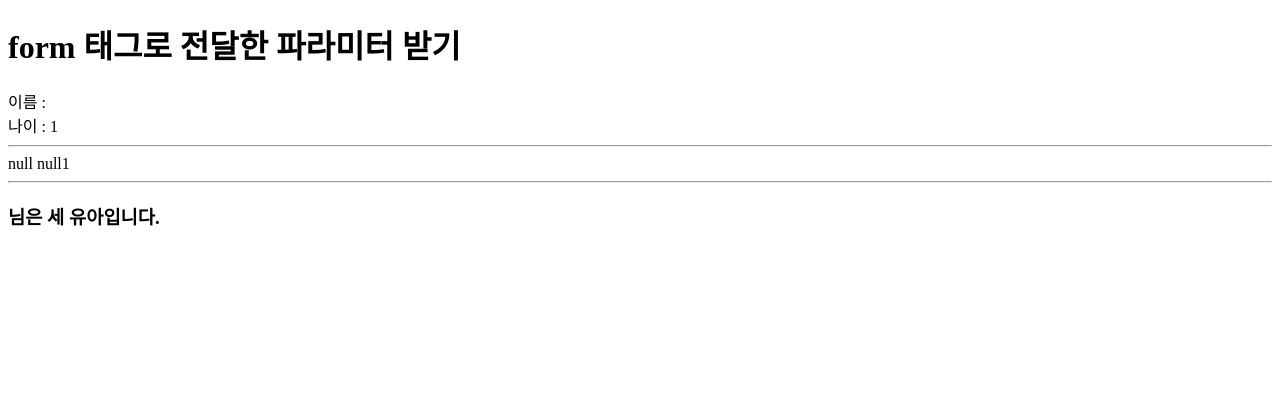
Repository: gajami-kim/240430_JSPJSTL_Study
Page: http://localhost/jstl_study/step-4.jsp
The author's editor kept a copy of each file at every save. The page is drawn from the files as they stood at one save, then again after the next save.
The browser window is 1280 px wide. The pictures show the whole page.
The page is served by Tomcat 9.

Above is the page before, as saved 2024-04-11 03:44:38.

After the next save:
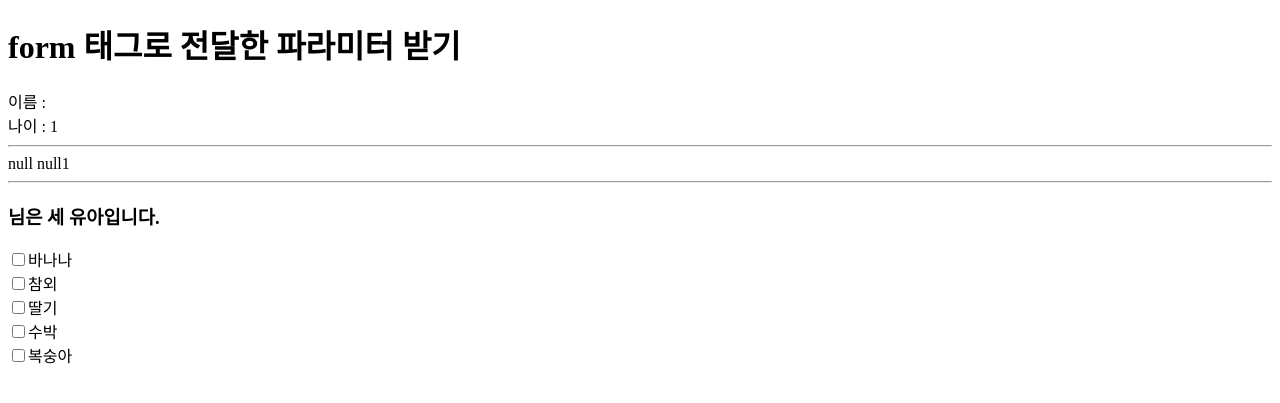
Saved 2 min 14 s later.
--- a/_jspl_workspace/jstl_study/src/main/webapp/step-4.jsp
+++ b/_jspl_workspace/jstl_study/src/main/webapp/step-4.jsp
@@ -45,6 +45,12 @@
 		</c:otherwise>
 	</c:choose>
 
-
+	<form action="step-5.jsp">
+		<input type="checkbox" name="food" value="바나나">바나나 <br>
+		<input type="checkbox" name="food" value="참외">참외 <br>
+		<input type="checkbox" name="food" value="딸기">딸기 <br>
+		<input type="checkbox" name="food" value="수박">수박 <br>
+		<input type="checkbox" name="food" value="복숭아">복숭아 <br>
+	</form>
 </body>
 </html>
